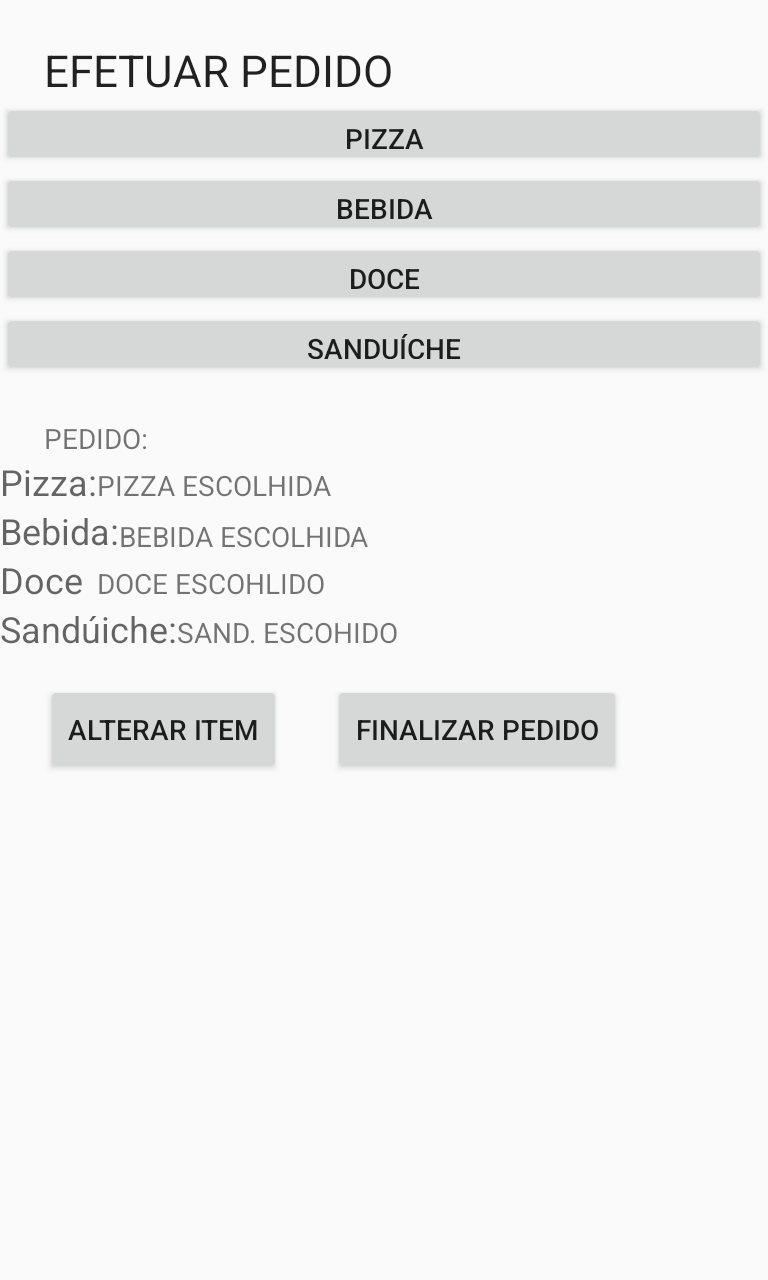
Repository: LucasSampaio/SysPizza-PSI
Layout: CodigoFonte/MOBILE/SysPizza/res/layout/activity_efetuar_pedidos.xml
These files come from the project's save history. The layout is drawn as it stood at one moment and after the next save; the edit follows.
It is drawn on a 768 x 1280 px phone screen (xhdpi) without system bars, with theme AppTheme; the app's code is not run.

Above is the layout before, as saved 2014-09-25 13:55:15.

### CodigoFonte/MOBILE/SysPizza/res/layout/activity_efetuar_pedidos.xml
<?xml version="1.0" encoding="utf-8"?>
<RelativeLayout xmlns:android="http://schemas.android.com/apk/res/android"
    android:layout_width="match_parent"
    android:layout_height="match_parent" >

    <TextView
        android:id="@+id/textView1"
        android:layout_width="wrap_content"
        android:layout_height="wrap_content"
        android:layout_alignParentLeft="true"
        android:layout_alignParentTop="true"
        android:layout_marginLeft="22dp"
        android:layout_marginTop="20dp"
        android:text="EFETUAR PEDIDO"
        android:textAppearance="?android:attr/textAppearanceLarge" />

    <Button
        android:id="@+id/btPizzaEfetuarPedido"
        android:layout_width="fill_parent"
        android:layout_height="35dp"
        android:layout_alignParentLeft="true"
        android:layout_below="@+id/textView1"
        android:text="Pizza" />

    <Button
        android:id="@+id/btBebidaEfetuarPedido"
        android:layout_width="fill_parent"
        android:layout_height="35dp"
        android:layout_alignParentLeft="true"
        android:layout_below="@+id/btPizzaEfetuarPedido"
        android:text="Bebida" />

    <Button
        android:id="@+id/btDoceEfetuarPedido"
        android:layout_width="fill_parent"
        android:layout_height="35dp"
        android:layout_alignParentLeft="true"
        android:layout_below="@+id/btBebidaEfetuarPedido"
        android:text="Doce" />

    <Button
        android:id="@+id/btSanduicheEfetuarPedido"
        android:layout_width="fill_parent"
        android:layout_height="35dp"
        android:layout_alignParentLeft="true"
        android:layout_below="@+id/btDoceEfetuarPedido"
        android:text="Sanduíche" />

    <TextView
        android:id="@+id/textView2"
        android:layout_width="wrap_content"
        android:layout_height="wrap_content"
        android:layout_alignLeft="@+id/textView1"
        android:layout_below="@+id/btSanduicheEfetuarPedido"
        android:layout_marginTop="20dp"
        android:text="PEDIDO:" />

    <TextView
        android:id="@+id/textView3"
        android:layout_width="wrap_content"
        android:layout_height="wrap_content"
        android:layout_alignParentLeft="true"
        android:layout_below="@+id/textView2"
        android:text="Pizza:"
        android:textAppearance="?android:attr/textAppearanceMedium" />

    <TextView
        android:id="@+id/tvPizzaPedida"
        android:layout_width="wrap_content"
        android:layout_height="wrap_content"
        android:layout_alignBaseline="@+id/textView3"
        android:layout_alignBottom="@+id/textView3"
        android:layout_toRightOf="@+id/textView3"
        android:text="PIZZA ESCOLHIDA" />

    <TextView
        android:id="@+id/TextView01"
        android:layout_width="wrap_content"
        android:layout_height="wrap_content"
        android:layout_alignParentLeft="true"
        android:layout_below="@+id/textView3"
        android:text="Bebida:"
        android:textAppearance="?android:attr/textAppearanceMedium" />

    <TextView
        android:id="@+id/tvBebidaPedida"
        android:layout_width="wrap_content"
        android:layout_height="wrap_content"
        android:layout_alignBottom="@+id/TextView01"
        android:layout_toRightOf="@+id/TextView01"
        android:text="BEBIDA ESCOLHIDA" />

    <TextView
        android:id="@+id/textView4"
        android:layout_width="wrap_content"
        android:layout_height="wrap_content"
        android:layout_alignParentLeft="true"
        android:layout_below="@+id/TextView01"
        android:text="Doce"
        android:textAppearance="?android:attr/textAppearanceMedium" />

    <TextView
        android:id="@+id/tvDocePedido"
        android:layout_width="wrap_content"
        android:layout_height="wrap_content"
        android:layout_alignBaseline="@+id/textView4"
        android:layout_alignBottom="@+id/textView4"
        android:layout_alignLeft="@+id/tvPizzaPedida"
        android:text="DOCE ESCOHLIDO" />

    <TextView
        android:id="@+id/textView5"
        android:layout_width="wrap_content"
        android:layout_height="wrap_content"
        android:layout_alignParentLeft="true"
        android:layout_below="@+id/textView4"
        android:text="Sandúiche:"
        android:textAppearance="?android:attr/textAppearanceMedium" />

    <TextView
        android:id="@+id/tvSanduichePedido"
        android:layout_width="wrap_content"
        android:layout_height="wrap_content"
        android:layout_alignBaseline="@+id/textView5"
        android:layout_alignBottom="@+id/textView5"
        android:layout_toRightOf="@+id/textView5"
        android:text="SAND. ESCOHIDO" />

    <Button
        android:id="@+id/btAlterarItem"
        android:layout_width="wrap_content"
        android:layout_height="wrap_content"
        android:layout_alignLeft="@+id/textView2"
        android:layout_below="@+id/textView5"
        android:layout_marginTop="14dp"
        android:text="Alterar item" />

    <Button
        android:id="@+id/btFinalizarPedido"
        android:layout_width="wrap_content"
        android:layout_height="wrap_content"
        android:layout_alignBaseline="@+id/btAlterarItem"
        android:layout_alignBottom="@+id/btAlterarItem"
        android:layout_toRightOf="@+id/tvPizzaPedida"
        android:text="Finalizar pedido" />

</RelativeLayout>

Loaded but not shown: CodigoFonte/MOBILE/SysPizza/res/values/styles.xml (common file); CodigoFonte/MOBILE/SysPizza/res/values-v11/styles.xml (common file); CodigoFonte/MOBILE/SysPizza/res/values-v14/styles.xml (common file)

After the next save:
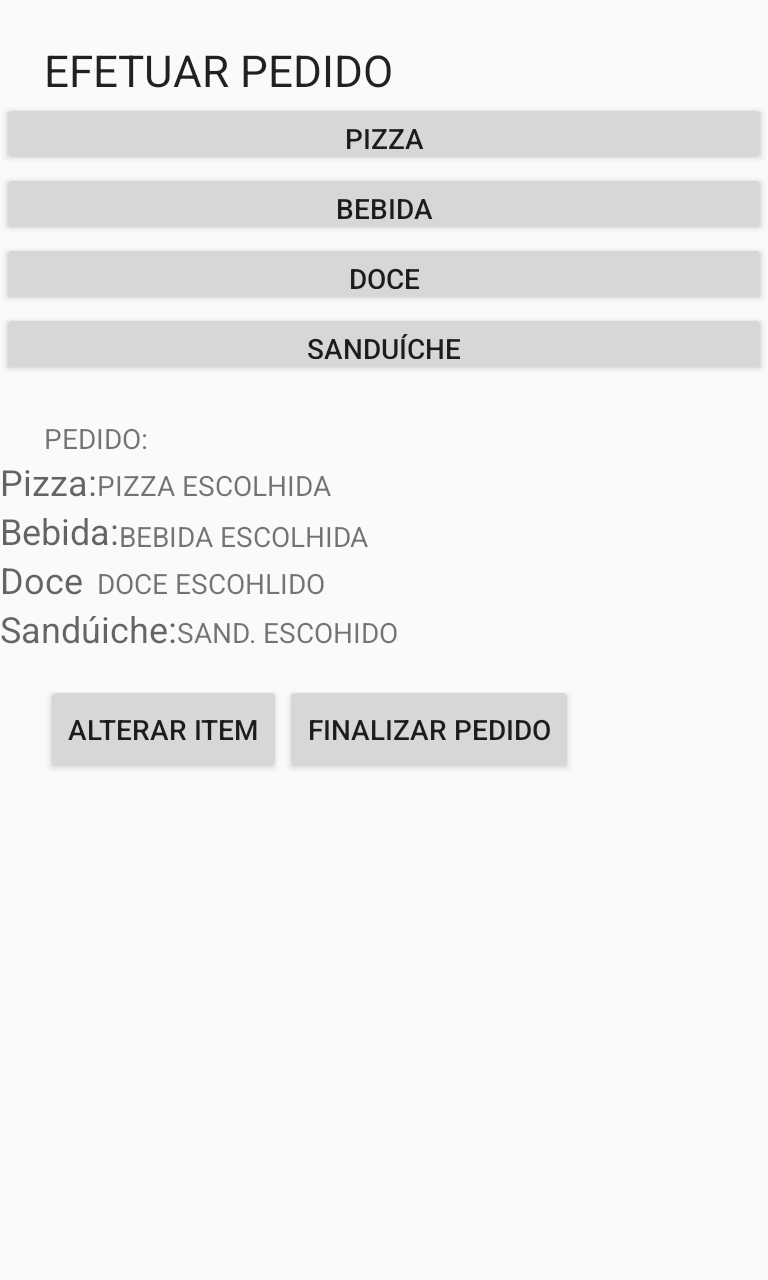
Saved 11 s later.
--- a/CodigoFonte/MOBILE/SysPizza/res/layout/activity_efetuar_pedidos.xml
+++ b/CodigoFonte/MOBILE/SysPizza/res/layout/activity_efetuar_pedidos.xml
@@ -141,7 +141,7 @@
         android:layout_height="wrap_content"
         android:layout_alignBaseline="@+id/btAlterarItem"
         android:layout_alignBottom="@+id/btAlterarItem"
-        android:layout_toRightOf="@+id/tvPizzaPedida"
+        android:layout_toRightOf="@+id/btAlterarItem"
         android:text="Finalizar pedido" />
 
 </RelativeLayout>
